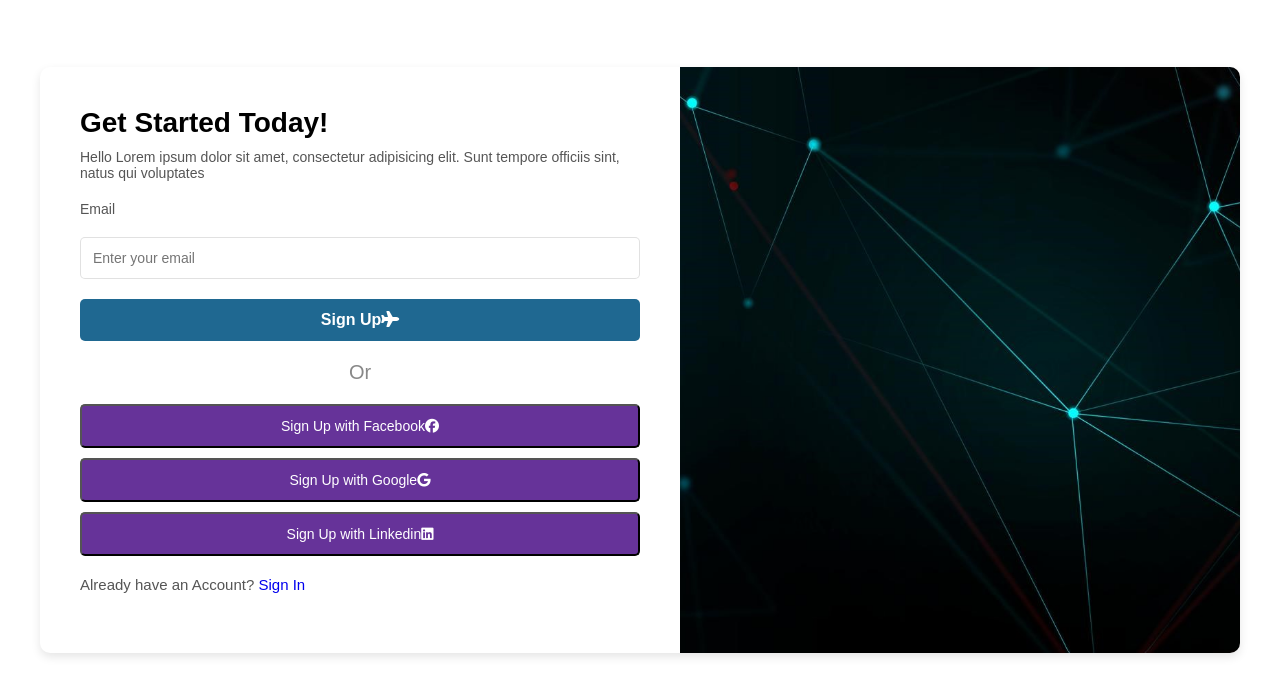
Repository: Femi007-gh/Login-V2
Page: index.html
An editor plug-in stored every save of this project. The page is shown before and after a run of saves, followed by the edit.
The browser window is 1280 px wide. The pictures show the whole page.

Above is the page before, as saved 2025-01-27 10:11:01.

After the next 5 saves:
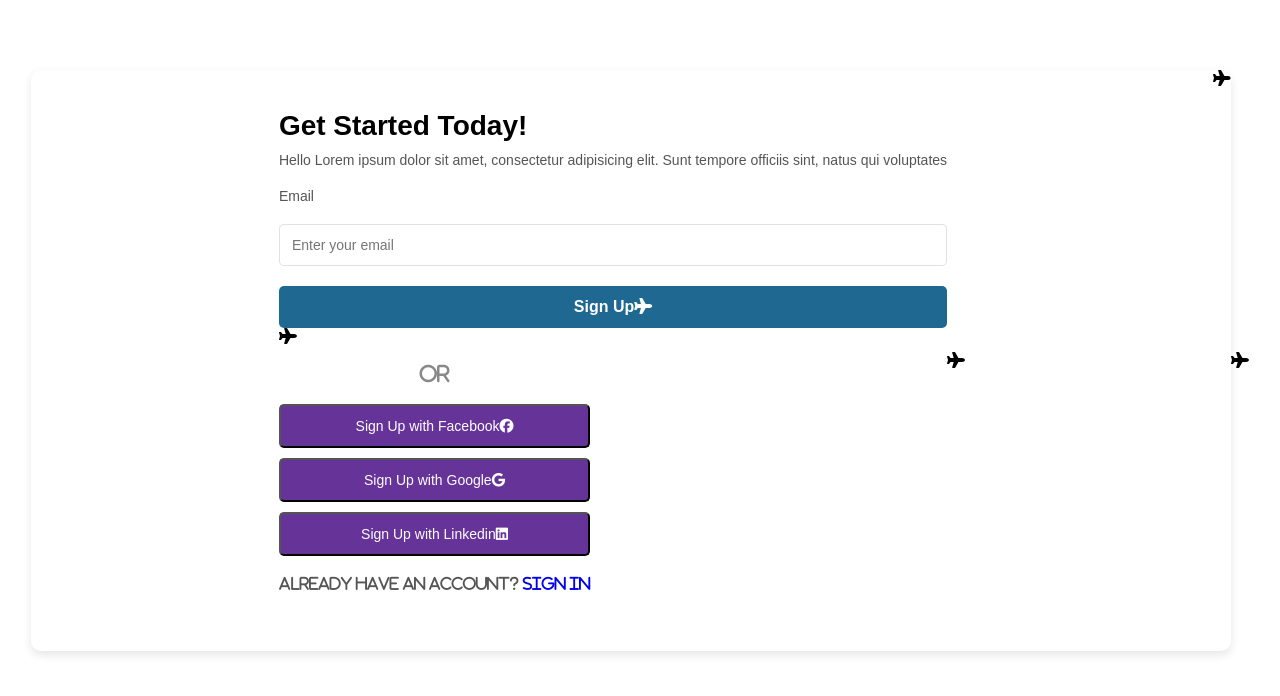
The 5 saves are shown as one change because they came seconds apart.
The last was saved 16 s later.
--- a/index.html
+++ b/index.html
@@ -15,10 +15,10 @@
                             <p>Email</p>
                             <input type="email" id="email" placeholder="Enter your email" required>
                         </div>
-                        <button class="primary-btn" type="submit">Sign Up<i class="fa-solid fa-plane"></i></button>
+                        <button class="primary-btn" type="submit">Sign Up<i class="fa-solid fa-plane"</i></button>
                     </form>
                     <p class="divider">Or</p>
-                    <div class="social-buttons" >
+                    <div class="social-buttons">
                         <button class="social-btn facebook-btn">
                             Sign Up with Facebook<i class="fa-brands fa-facebook"></i>
                         </button>

After the 2 saves that followed:
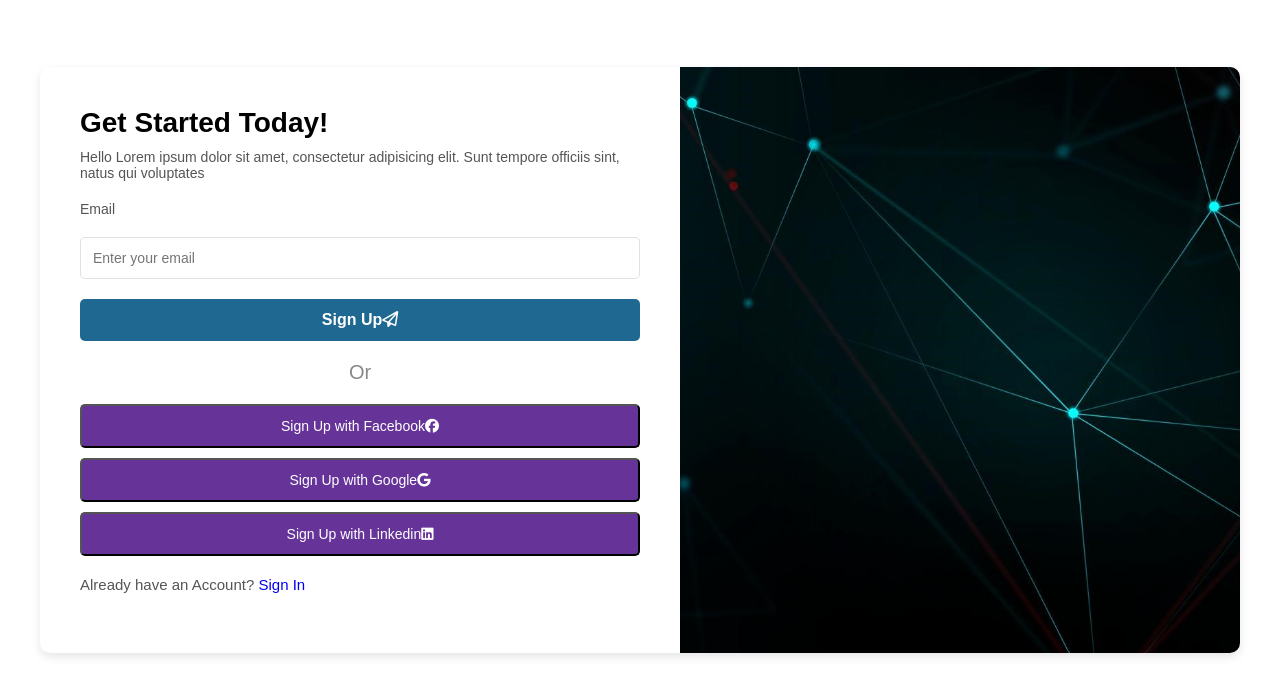
The 2 saves are shown as one change because they came seconds apart.
The last was saved 6 s later.
--- a/index.html
+++ b/index.html
@@ -15,7 +15,7 @@
                             <p>Email</p>
                             <input type="email" id="email" placeholder="Enter your email" required>
                         </div>
-                        <button class="primary-btn" type="submit">Sign Up<i class="fa-solid fa-plane"</i></button>
+                        <button class="primary-btn" type="submit">Sign Up<i class="fa-regular fa-paper-plane"></i></button>
                     </form>
                     <p class="divider">Or</p>
                     <div class="social-buttons">
